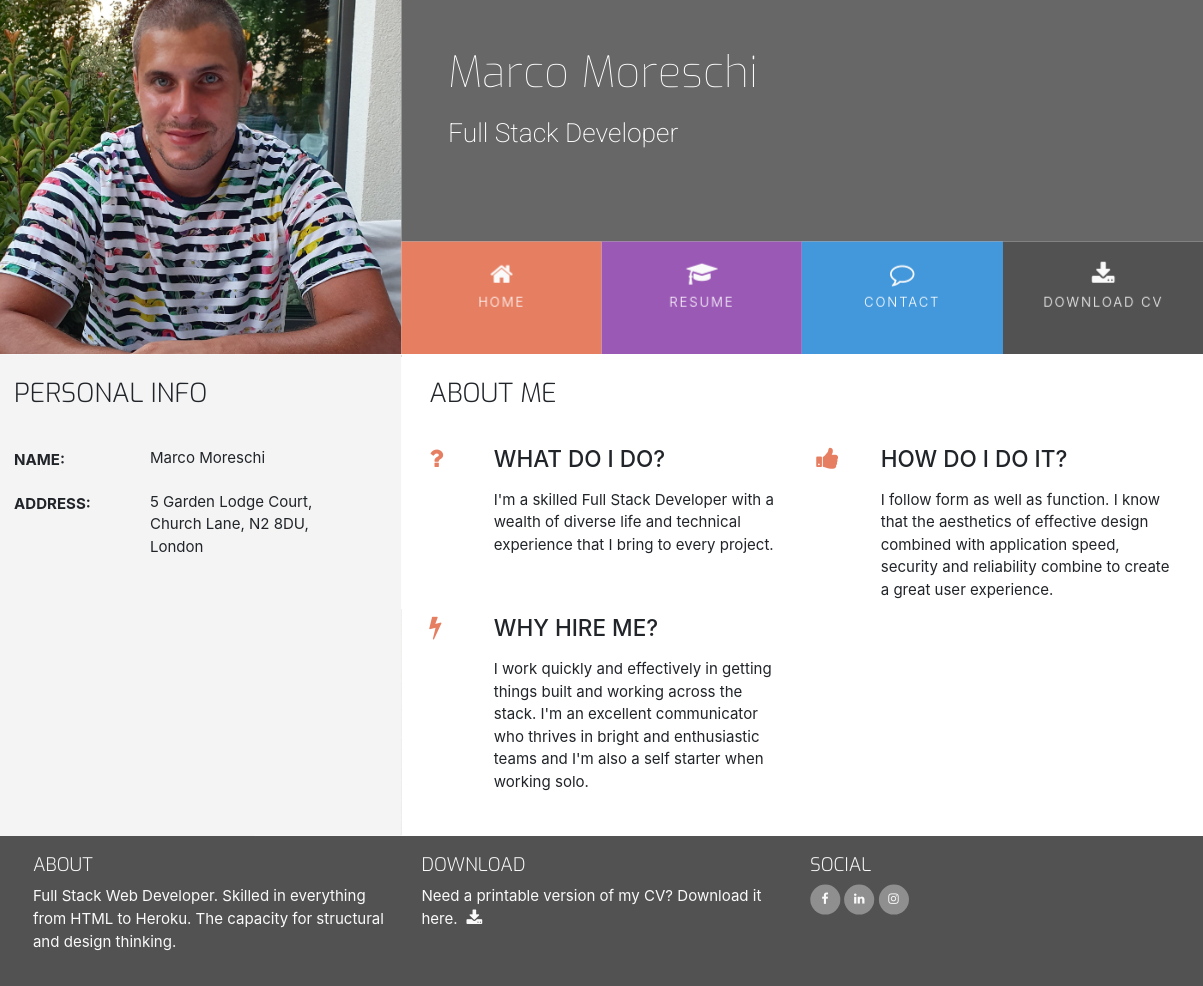
Repository: marcomoreschi/Mini-Project
Page: index.html
The author's editor kept a record of every edit. The page is drawn from the files as they stood at one moment, then again after the next edit.
The browser window is 1280 px wide. The pictures show the whole page, at 94% of full size.
Some web libraries are served in a nearby version.

Above is the page before.

### index.html
<!DOCTYPE html>
<html lang="en">
<head>
    <meta charset="UTF-8">
    <meta name="viewport" content="width=device-width, initial-scale=1.0">
    <meta http-equiv="X-UA-Compatible" content="ie=edge">
    <link rel="stylesheet" href="https://maxcdn.bootstrapcdn.com/bootstrap/4.2.1/css/bootstrap.min.css" type="text/css" />
    <link rel="stylesheet" href="https://maxcdn.bootstrapcdn.com/font-awesome/4.7.0/css/font-awesome.min.css" type="text/css" />
    <link rel="stylesheet" href="https://cdnjs.cloudflare.com/ajax/libs/hover.css/2.1.1/css/hover-min.css" type="text/css" />
    <link rel="stylesheet" href="assets/css/style.css">
    <title>Marco</title>
</head>
<body>
    <header>
        <div class="row no-gutters">
            <a class="col-md-4 logo" href="02-index.html"></a>
            <div class="col-md-8">
                <div class="row no-gutters bg-color-name-title">
                    <div class="col heading">
                        <h1 class="name">Marco Moreschi</h1>
                        <h2 class="title"> Full Stack Developer</h2>
                    </div>
                </div>
                <div class="row no-gutters">
                    <div class="col">
                        <ul id="nav" class="list-inline menucontainer">
                            <li class="col-6 col-sm-3 list-inline-item ui-menu-color-home menuitem">
                                <a href="#" class="hvr-sweep-to-bottom"><i class="fa fa-home" aria-hidden="true"></i><span>Home</span></a>
                            </li>
                            <li class="col-6 col-sm-3 list-inline-item ui-menu-color-resume menuitem">
                                <a href="#" class="hvr-sweep-to-bottom"><i class="fa fa-graduation-cap" aria-hidden="true"></i><span>Resume</span></a>
                            </li>
                            <li class="col-6 col-sm-3 list-inline-item ui-menu-color-contact menuitem">
                                <a href="#" class="hvr-sweep-to-bottom"><i class="fa fa-comment-o" aria-hidden="true"></i><span>Contact</span></a>
                            </li>
                            <li class="col-6 col-sm-3 list-inline-item ui-menu-color-download menuitem">
                                <a href="#" class="hvr-sweep-to-bottom"><i class="fa fa-download" aria-hidden="true"></i><span>Download CV</span></a>
                            </li>
                        </ul>
                    </div>
                </div>
            </div>
        </div>
    </header>
    <section class="container-fluid">
        <div class="row">
            <div class="col-md-4 bg-color-personal-info section-color">
                <div class="row">
                    <div class="col-12">
                        <h3 class="section-heading uppercase">
                            Personal Info
                        </h3>
                    </div>
                </div>
                <div class="personal-info-item">
                    <div class="key">
                        <p class="uppercase">
                          Name:
                        </p>
                    </div>
                    <div class="value">
                        <p>
                           Marco Moreschi
                        </p>
                    </div>
                </div>
                <div class="personal-info-item">
                    <div class="key">
                        <p class="uppercase">
                          Address:
                        </p>
                    </div>
                    <div class="value">
                        <p>
                           5 Garden Lodge Court, Church Lane, N2 8DU, London
                        </p>
                    </div>
                </div>
            </div>
            <div class="col-md-8 bg-color-three-reasons section-column">
                <div class="row">
                    <div class="col">
                        <h3 class="section-heading uppercase">About Me</h3>
                    </div>
                </div>
                <div class="row">
                    <div class="col-10 offset-1 offset-sm-0 col-sm-4 col-md-6">
                        <div class="row">
                            <div class="col-2">
                                <i class="three-reasons-icon fa fa-question" aria-hidden="true"></i>
                            </div>
                            <div class="col-10">
                                <h4 class="three-reasons-heading uppercase">What do I do?</h4>
                                <p>
                                    I'm a skilled Full Stack Developer with a wealth of diverse life and technical experience that I bring to every project.
                                </p>
                            </div>
                        </div>
                    </div>
                    <div class="col-10 offset-1 offset-sm-0 col-sm-4 col-md-6">
                        <div class="row">
                            <div class="col-2">
                                <i class="three-reasons-icon fa fa-thumbs-up" aria-hidden="true"></i>
                            </div>
                            <div class="col-10">
                                <h4 class="three-reasons-heading uppercase">How do I do it?</h4>
                                <p>
                                    I follow form as well as function. I know that the aesthetics of effective design combined with application speed, security and reliability combine to create a great user experience.
                                </p>
                            </div>
                        </div>
                    </div>
                    <div class="col-10 offset-1 offset-sm-0 col-sm-4 col-md-6">
                        <div class="row">
                            <div class="col-2">
                                <i class="three-reasons-icon fa fa-bolt" aria-hidden="true"></i>
                            </div>
                            <div class="col-10">
                                <h4 class="three-reasons-heading uppercase">Why hire me?</h4>
                                <p>
                                    I work quickly and effectively in getting things built and working across the stack. I'm an excellent communicator who thrives in bright and enthusiastic teams and I'm also a self starter when working solo.
                                </p>
                            </div>
                        </div>
                    </div>
                </div>
            </div>
        </div>
    </section>
    <footer class="container-fluid">
        <div id="footer-details" class="row">
            <div class="col-sm-4">
                <h5 class="uppercase general-sub">About</h5>
                <p class="inline-block">
                    Full Stack Web Developer. Skilled in everything from HTML to Heroku. The capacity for structural and design thinking.
                </p>
            </div>
            <div class="col-sm-4">
                <h5 class="uppercase general-sub">Download</h5>
                <p class="inline-block">
                    Need a printable version of my CV? Download it here.
                    <a href="#" target="_blank" class="cv-pdf">
                        <i class="fa fa-download" aria-hidden="true"></i>
                        <span class="sr-only">Download link.</span>
                    </a>
                </p>
            </div>
            <div class="col-sm-4">
                <h5 class="uppercase general-sub">Social</h5>
                <ul class="list-inline social-links">
                    <li class="list-inline-item">
                        <a target="_blank" href="#">
                            <i class="fa fa-facebook" aria-hidden="true"></i>
                            <span class="sr-only">Facebook</span>
                        </a>
                    </li>
                    <li class="list-inline-item">
                        <a target="_blank" href="#">
                            <i class="fa fa-linkedin" aria-hidden="true"></i>
                            <span class="sr-only">LinkedIn</span>
                        </a>
                    </li>
                    <li class="list-inline-item">
                        <a target="_blank" href="#">
                            <i class="fa fa-instagram" aria-hidden="true"></i>
                            <span class="sr-only">Instagram</span>
                        </a>
                    </li>
                </ul>
            </div>
        </div>
    </footer>
</body>
</html>

### assets/css/style.css
@import url('https://fonts.googleapis.com/css?family=Roboto:100,200,300,400,500,600,700|Exo:100,200,300,400,500,600,700');

/* -----------------------------------------Colour */

.bg-color-name-title {
    background-color: #676767;
}

.bg-color-three-reasons {
    background-color: #fff;
}

.bg-color-personal-info {
    background-color: #f4f4f4;
}

.bg-color-work-history{
    background-color: #9b59b6;
}

.ui-menu-color-home {
    background-color: #e67e62;
}

.ui-menu-color-resume {
    background-color: #9b59b6;
}

.ui-menu-color-contact {
    background-color: #4398db;
}

.ui-menu-color-download {
    background-color: #525252;
}



/* -----------------------------------------Special paddings/text/margins */

h1,
h2,
h3,
h4 {
    margin: 0;
}

.uppercase {
    text-transform: uppercase;
}

.general-sub {
    font-family: "Exo", sans-serif;
    font-weight: 300;
    color: #fafafa
}

.inline-block {
    display: inline-block;
}

.row-table {
    display: table;
}

.section-column {
    display: table-cell;
    padding: 0 30px 30px;
    float: none;
}

.history-heading,
.section-heading {
    font-family: "Exo", sans-serif;
    font-weight: 300;
    margin-top: 25px;
    margin-bottom: 40px;
}

/* -----------------------------------------Heading */

header {
    margin: 0;
}

.heading {
    margin-left: 50px;
}

.logo {
    background: url("../images/marco.jpg");
    background-position: center;
    background-repeat: no-repeat;
    background-size: cover;
    min-height: 360px;
    transition: all .5s ease-in-out;
    -moz-transition: all .5s ease-in-out;
    -webkit-transition: all .5s ease-in-out;
}

.name {
    font-family: "Exo", sans-serif;
    font-weight: 100;
    font-size: 46px;
    margin-top: 50px;
    color: #fff;
}

.title {
    font-family: "Roboto", sans-serif;
    font-weight: 200;
    font-size: 28px;
    margin-top: 20px;
    margin-bottom: 98px;
    color: #fff;
}

.list-inline-item:not(:last-child) {
    margin: 0;
}

.menucontainer {
    font-size: 0;
}

#nav {
    margin: 0;
}

#nav li {
    font-size: 14px;
    padding: 0;
}

.menuitem {
    height: 120px;
    text-align: center;
    padding: 0;
}

.menuitem a {
    width: 100%;
    text-decoration: none;
    color: #fff;
    height: 120px;
}

.menuitem a i {
    padding-top: 22px;
    display: block;
    color: #fafafa;
    font-size: 26px;
}

.menuitem span {
    display: block;
    width: 100%;
    padding-top: 5px;
    text-align: center;
    text-transform: uppercase;
    font-size: 14px;
    font-weight: 300;
    letter-spacing: 2px;
}

/* -----------------------------------------Hover.css */

.hvr-sweep-to-bottom:before {
    background-color: rgba(0, 0, 0, 0.2);
    height: 120px;
}

/* -----------------------------------------Footer */

footer {
    background-color: #525252;
    color: #fafafa;
    min-height: 120px;
    margin: 0;
}

.cv-pdf i {
    font-size: 18px;
    color: #fafafa;
    text-align: center;
    padding-left: 5px;
    -moz-transition: all 0.35s ease-in-out;
    -webkit-transition: all 0.35s ease-in-out;
    -o-transition: all 0.35s ease-in-out;
}

.cv-pdf i:hover {
    color: #e84610;
}

.cv-pdf i:hover {
    color: #e84610;
}

.social-links {
    padding-bottom: 15px;
}

.social-links li a i {
    width: 32px;
    height: 32px;
    padding: 12px 0;
    border-radius: 50%;
    font-size: 13px;
    line-height: 7px;
    text-align: center;
    color: #fafafa;
    background: #8f8f8f;
    transition: all 0.35s ease-in-out;
    -moz-transition: all 0.35s ease-in-out;
    -webkit-transition: all 0.35s ease-in-out;
    -o-transition: all 0.35s ease-in-out;
}

.social-links li a i:hover {
    background: #e84610;
}

#footer-details {
    padding: 20px;
}

/* -----------------------------------------Three Reasons */

.three-reasons-icon {
    font-size: 26px;
    color: #e67e62;
}

.three-reasons-heading {
    margin-bottom: 15px;
}

/* -----------------------------------------Personal Info */

.personal-info-item {
    margin-bottom: 20px;
    display: block;
    clear: both;
}

.personal-info-item .key,
.personal-info-item .value {
   padding-right: 8px;
   display: inline-block;
}

.personal-info-item .key p,
.personal-info-item .value p {
    margin: 0;
}

.personal-info-item .key {
    width: 30%;
    margin-right: 21px;
    padding-top: 2px;
    vertical-align: top;
}

.personal-info-item .key p {
    font-weight: 700;
}

.personal-info-item .value {
    position: relative;
    width: 60%;
}

/* -----------------------------------------Skills */

.progress {
    position: relative;
    height: 25px;
    margin-bottom: 4px;
}

.progress-type {
    position: absolute;
    left: 0;
    font-weight: 400;
    padding: 3px 30px 2px 10px;
    color: #fafafa;
    background-color: rgba(25, 25, 25, 0.2);
}

.progress-section {
    margin: 40px 20px;
}

/* -----------------------------------------Work Hystory */

.history-heading {
    color: #fafafa;
    margin-bottom: 50px;
}

.timeline-item {
    padding: 4em 2em 0em 2em;
    position: relative;
    color: #fafafa;
    border-left: 1px solid;
}

.timeline-item p {
    padding: 0;
    margin: 0;
}

.timeline-item:before {
    content: attr(data-dates);
    position: absolute;
    left: 2.5em;
    top: 3em;
    display: block;
    font-family: "Exo", sans-serif;
    font-weight: 500;
    font-size: 0.8em;
    padding: 0;
    margin: 0;
}

.timeline-item:after {
    width: 12px;
    height: 12px;
    display: block;
    top: 2.4em;
    position: absolute;
    left: -6px;
    border-radius: 12px;
    content: '';
    background: #fafafa;
}

After the next edit:
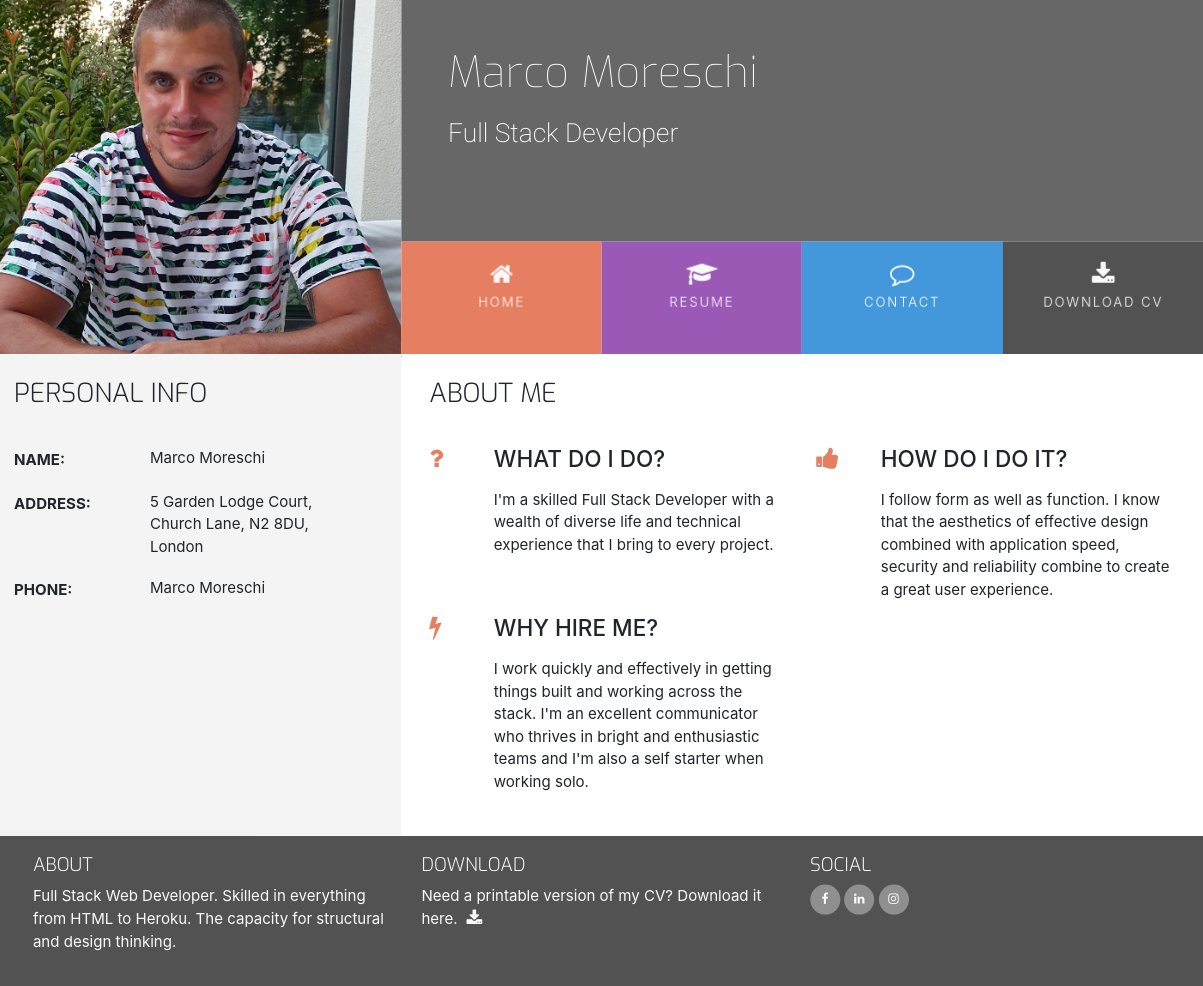
The edit:
--- a/index.html
+++ b/index.html
@@ -73,6 +73,18 @@
                     <div class="value">
                         <p>
                            5 Garden Lodge Court, Church Lane, N2 8DU, London
+                        </p>
+                    </div>
+                </div>
+                <div class="personal-info-item">
+                    <div class="key">
+                        <p class="uppercase">
+                          Phone:
+                        </p>
+                    </div>
+                    <div class="value">
+                        <p>
+                           Marco Moreschi
                         </p>
                     </div>
                 </div>
